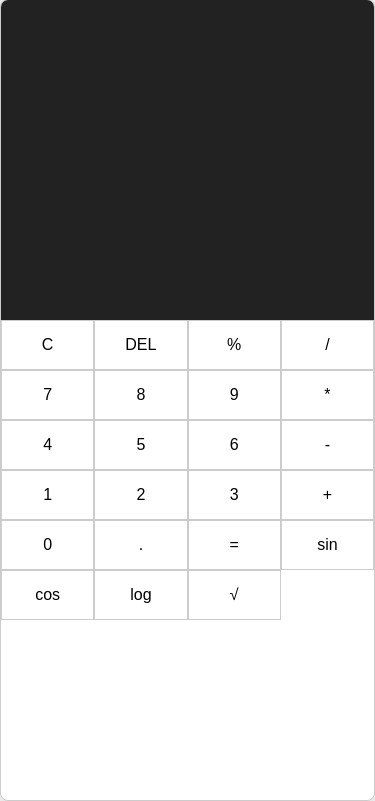
Repository: JuliusMonday/myCalculator
Page: index.html
An editor plug-in stored every save of this project. The page is shown before and after the next save, followed by the edit.
The browser window is 375 px wide. The pictures show the whole page.

Above is the page before, as saved 2024-05-31 08:38:08.

After the next save:
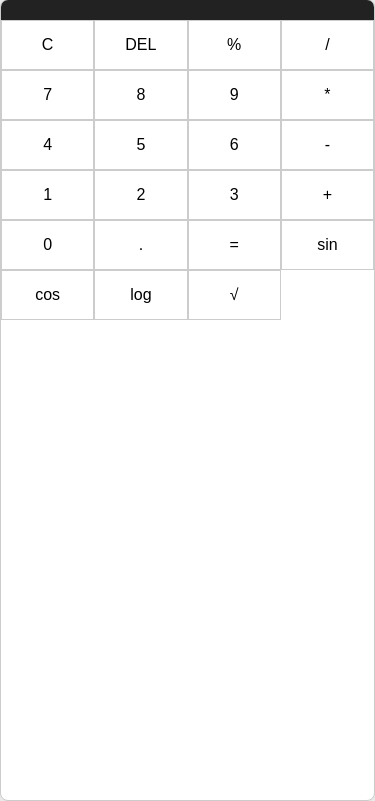
Saved 32 s later.
--- a/styles.css
+++ b/styles.css
@@ -74,7 +74,7 @@ button:active {
     .display {
         padding: 10px;
         font-size: 20px;
-        height: 300px;
+        height: 00px;
     }
     button {
         padding: 15px;
